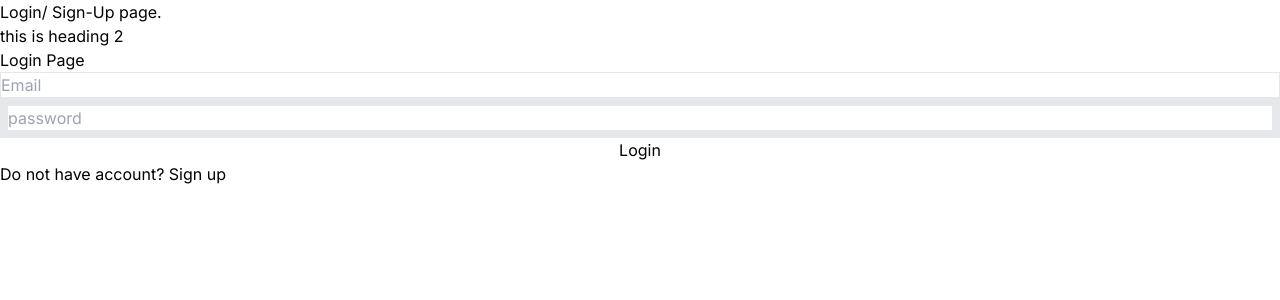
Repository: its-kundan/food-on-time
Page: /restaurant
These files come from the project's save history. The page is drawn as it stood at one moment and after a run of saves; the edit follows.
The browser window is 1280 px wide. The pictures show the whole page.
The project was rebuilt for these pictures with package versions that can differ from the ones it lists, and the page was loaded fresh each time. The framework's server and built-in components were replaced by stand-ins that run in the browser. Also part of the build but not shown: next.config.mjs, src/app/_components/SignUp.jsx.

Above is the page before, as saved 2024-07-24 19:53:21.

After the next 2 saves:
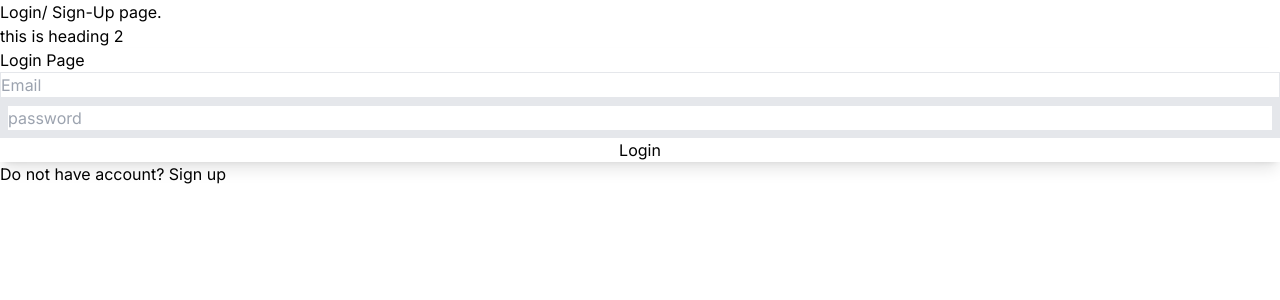
The 2 saves are shown as one change because they came seconds apart.
The last was saved 7 s later.
--- a/src/app/_components/Login.jsx
+++ b/src/app/_components/Login.jsx
@@ -3,7 +3,7 @@
 function Login() {
   return (
     <>
-        <div className='flex flex-col border-'>
+        <div className='flex flex-col border-3 shadow-lg'>
         <h3> Login  Page</h3>
         <input className='border ' type="email" placeholder="Email" />
 

After the 4 saves that followed:
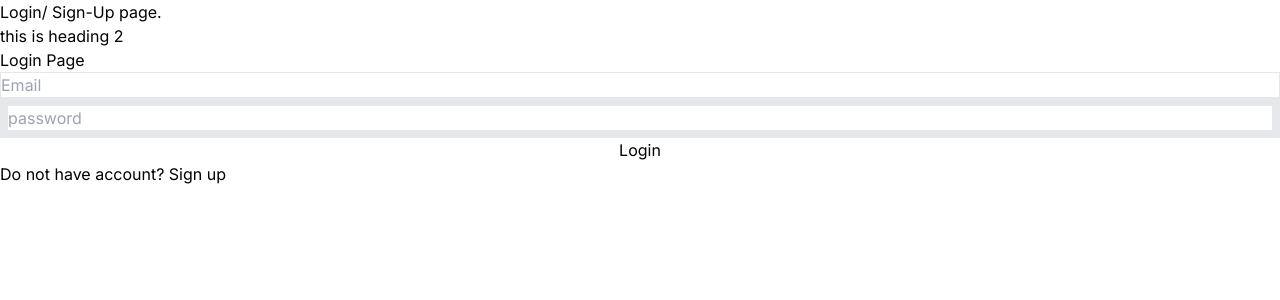
The 4 saves are shown as one change because they came seconds apart.
The last was saved 14 s later.
--- a/src/app/_components/Login.jsx
+++ b/src/app/_components/Login.jsx
@@ -3,7 +3,7 @@
 function Login() {
   return (
     <>
-        <div className='flex flex-col border-3 shadow-lg'>
+        <div className='flex flex-col border-3 shadow-4 '>
         <h3> Login  Page</h3>
         <input className='border ' type="email" placeholder="Email" />
 
